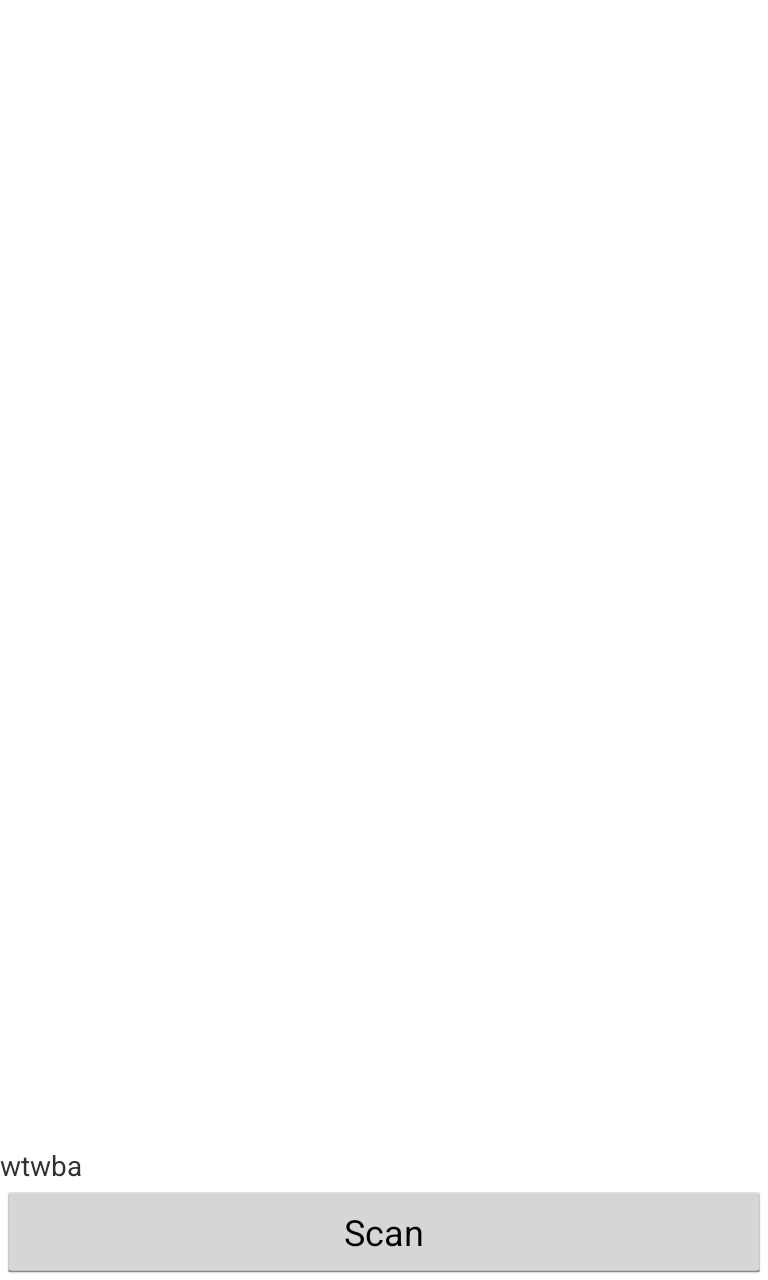
Repository: harvard-lil/wtwba-android-app
Layout: wtwba/res/layout/activity_main.xml
These files come from the project's save history. The layout is drawn as it stood at one moment and after the next save; the edit follows.
It is drawn on a 768 x 1280 px phone screen (xhdpi) without system bars, with theme AppTheme; the app's code is not run. Lists and similar views that code fills are empty.

Above is the layout before, as saved 2013-03-06 22:11:56.

### wtwba/res/layout/activity_main.xml
<?xml version="1.0" encoding="utf-8"?>
<RelativeLayout xmlns:android="http://schemas.android.com/apk/res/android"
    android:layout_width="wrap_content"
    android:layout_height="wrap_content"
    android:orientation="vertical" >

    <LinearLayout
        android:id="@+id/bottom_control_bar"
        android:layout_width="fill_parent"
        android:layout_height="wrap_content"
        android:layout_alignParentBottom="true" >

        <Button
        android:layout_width="fill_parent"
        android:layout_height="wrap_content"
        android:text="@string/button_scan"
    	android:onClick="scanCode" />
    </LinearLayout>

    <ListView
        android:id="@android:id/list"
        android:layout_width="fill_parent"
        android:layout_height="0dip"
        android:layout_above="@id/bottom_control_bar"

        android:choiceMode="multipleChoice" >
    </ListView>

    <TextView
        android:id="@android:id/empty"
        android:layout_width="wrap_content"
        android:layout_height="wrap_content"
        android:layout_above="@id/bottom_control_bar"

        android:text="@string/app_name" />

</RelativeLayout>

### wtwba/res/values/strings.xml
<?xml version="1.0" encoding="utf-8"?>
<resources>

    <string name="app_name">wtwba</string>
    <string name="edit_message">Enter a message</string>
    <string name="button_scan">Scan</string>
    <string name="button_add">Add to list</string>
    <string name="menu_settings">Settings</string>
    <string name="title_activity_main">MainActivity</string>
    <string name="hello_world">Hello world!</string>
    <string name="title_holder">Sample Title Here</string>
    <string name="connection_error">Unable to connect to network</string>
    <string name="title_activity_display_message">DisplayMessageActivity</string>

</resources>

Loaded but not shown: wtwba/res/values-v11/styles.xml (common file); wtwba/res/values-v14/styles.xml (common file); wtwba/res/values/styles.xml (common file)

After the next save:
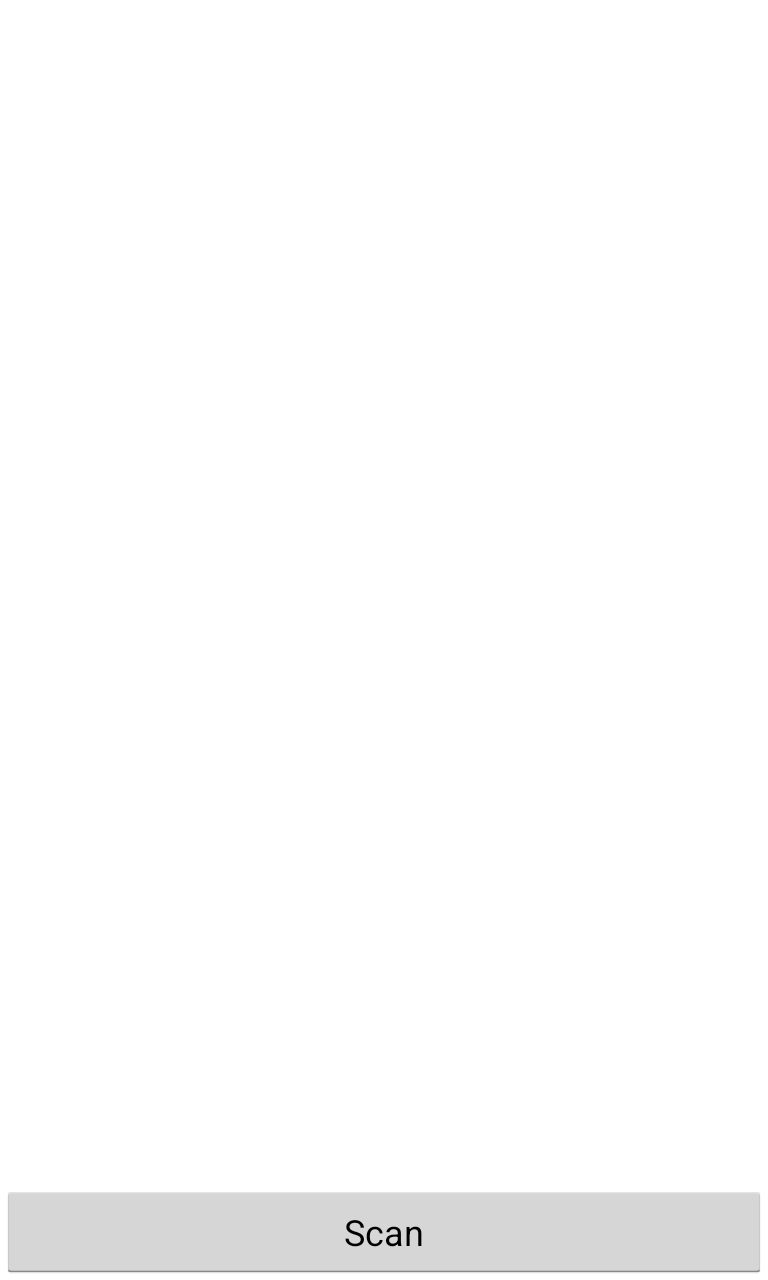
Saved 2 h 4 min later.
--- a/wtwba/res/layout/activity_main.xml
+++ b/wtwba/res/layout/activity_main.xml
@@ -26,12 +26,4 @@
         android:choiceMode="multipleChoice" >
     </ListView>
 
-    <TextView
-        android:id="@android:id/empty"
-        android:layout_width="wrap_content"
-        android:layout_height="wrap_content"
-        android:layout_above="@id/bottom_control_bar"
-
-        android:text="@string/app_name" />
-
 </RelativeLayout>
